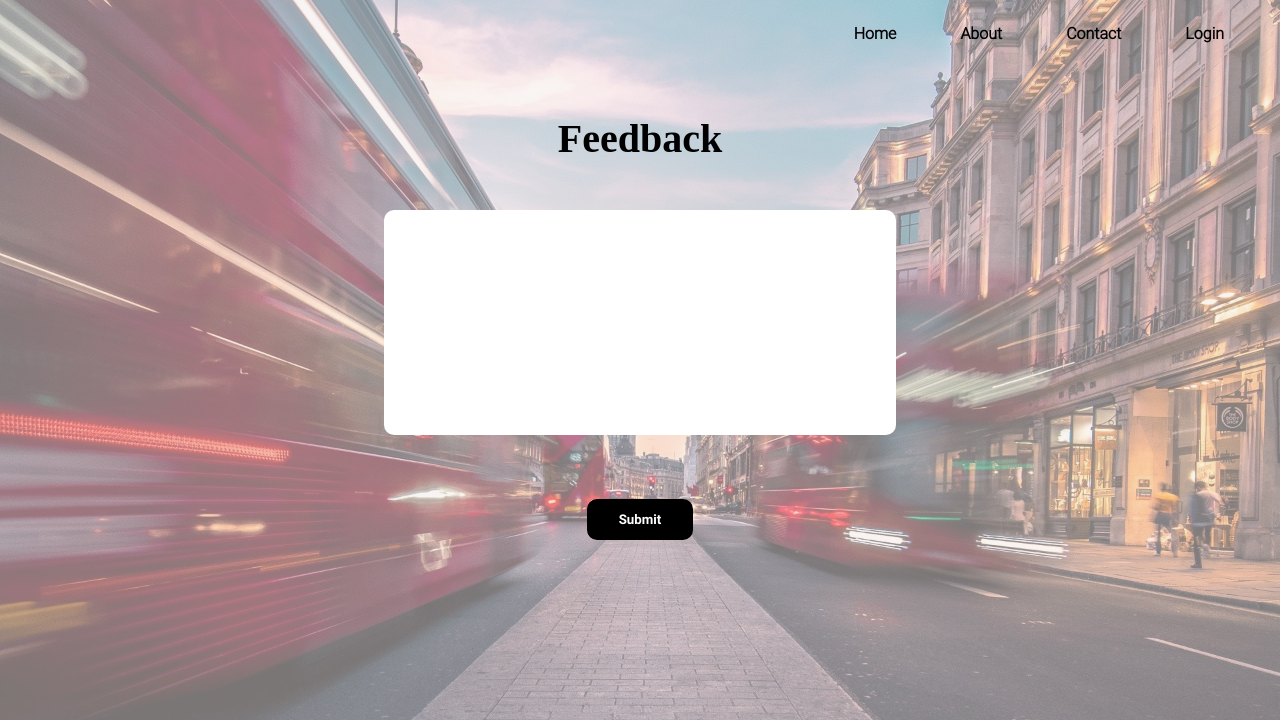
Repository: Savindushehan/RouteMaster-Group-project
Page: http://localhost/RouterMaster/Feedback.jsp
The author's editor kept a copy of each file at every save. The page is drawn from the files as they stood at one save, then again after the next save.
The browser window is 1280 px wide. The pictures show the whole page.
The page is served by Tomcat 10. Other server files are loaded and not shown.

Above is the page before, as saved 2023-10-10 05:38:28.

### RouteMaster/RouterMaster/src/main/webapp/Feedback.jsp
<%@ page language="java" contentType="text/html; charset=UTF-8"
    pageEncoding="UTF-8"%>
<!DOCTYPE html>
<html lang="en">
<head>
    <meta charset="UTF-8">
    <meta name="viewport" content="width=device-width, initial-scale=1.0">
    <title>RouteMaster</title>
    <style>
         @font-face {
        font-family: 'Roboto-Light'; /* Font family name */
        src: url('Fonts/Roboto-Light.ttf') format('truetype'); /* URL to your font file */
        font-weight: normal;
        font-style: italic;
        }
        @font-face {
        font-family: 'Raleway-Light'; /* Font family name */
        src: url('Fonts/Raleway-Light.ttf') format('truetype'); /* URL to your font file */
        font-weight: normal;
        font-style: italic;
        }
        @font-face {
        font-family: 'Roboto-Bold'; /* Font family name */
        src: url('Fonts/Roboto-Bold.ttf') format('truetype'); /* URL to your font file */
        font-weight: normal;
        font-style: italic;
        }
        :root{
            --div-color1:#000000;
            --div-color2:#272702;
            --div-color3:#07FAFA;
            --div-color4:#FFFFFF;
        }
        a{
            text-decoration: none;
        }
        body{
            margin: 0;
            padding: 0;
			background-image: url('Images/background.jpg');
            background-size: cover;
            background-repeat: no-repeat;
            background-position: center;
            height: 100vh;

        }
        body::before {
          content: "";
          position: absolute;
          top: 0;
          left: 0;
          width: 100%;
          height: 100%;
          background-color: rgba(245, 236, 236, 0.5);
          z-index: -1;
        }
         .head{
             display: flex;
             flex-direction: row;
             justify-content: right;
         }
         header h3{
            color: var(--div-color1);
            font-size:1rem;
            margin-right: 3rem;
            cursor: grab;
            padding: 0.5rem;
            border-radius: 0.5rem;
            outline: none;
            font-family: 'Roboto-Light';
        }
        h1{
          font-size: 2.5rem;
          text-align: center;
          margin-top: 3rem;
          margin-bottom: 3rem;
        }

        form{
          display: flex;
          flex-direction: column;
          justify-content: center;
          align-items: center;
          width: 30rem;
          margin-left: auto;
          margin-right: auto;
        }
        input{
          font-size: 0.9rem;
          font-family: 'Raleway-Light';
          width: 15rem;
          outline: none;
          padding-left: 1rem;
          padding-top:1rem;
          padding-right: 1rem;
          width: 30rem;
          height: 13rem;
          border-radius: 10px;
          border: 2px solid red;
          border: none;
          margin-bottom: 4rem;
        }

        button{
          text-align: center;
          padding-left: 2rem;
          padding-right: 2rem;
          padding-top: 0.8rem;
          padding-bottom: 0.8rem;
          border-radius: 10px;
          font-family: 'Roboto-Bold';
          background-color: var(--div-color1);
          color: var(--div-color4);
          border: none;
          outline: none;
          cursor: pointer;
        }
        </style>
</head>
<body>
    <header>
        <div class="head">
            <h3 id="m1">Home</h3>
            <h3 id="m2">About</h3>
            <h3 id="m3">Contact</h3>
            <h3 id="m4">Login</h3>
        </div>
    </header>
    <main>
        <h1>Feedback</h1>
        <form>
            <input type="text" name="feedback" id="feedback">
            <button id="btn">Submit</button>
        </form>
    </main>
    <script>

        var M1=document.getElementById("m1");
        var M2=document.getElementById("m2");
        var M3=document.getElementById("m3");
        var M4=document.getElementById("m4");
        var BTN=document.getElementById("btn");

        M1.onmousemove=function(){
          M1.style.backgroundColor="var(--div-color3)";
          M1.style.color="var(--div-color4)";
        }
        M1.onmouseout=function(){
          M1.style.backgroundColor="";
          M1.style.color="var(--div-color1)";
        }
        M2.onmousemove=function(){
          M2.style.backgroundColor="var(--div-color3)";
          M2.style.color="var(--div-color4)";
        }
        M2.onmouseout=function(){
          M2.style.backgroundColor="";
          M2.style.color="var(--div-color1)";
        }
        M3.onmousemove=function(){
          M3.style.backgroundColor="var(--div-color3)";
          M3.style.color="var(--div-color4)";
        }
        M3.onmouseout=function(){
          M3.style.backgroundColor="";
          M3.style.color="var(--div-color1)";
        }
        M4.onmousemove=function(){
          M4.style.backgroundColor="var(--div-color3)";
          M4.style.color="var(--div-color4)";
        }
        M4.onmouseout=function(){
          M4.style.backgroundColor="";
          M4.style.color="var(--div-color1)";
        }
        /* Above javascript code must include all tha page.don't change the code.*/
        BTN.onmousemove=function(){
          BTN.style.color="var(--div-color1)";
          BTN.style.backgroundColor="var(--div-color4)";
        }
        BTN.onmouseout=function(){
          BTN.style.color="var(--div-color4)";
          BTN.style.backgroundColor="var(--div-color1)";
        }
       </script>
</body>
</html>

After the next save:
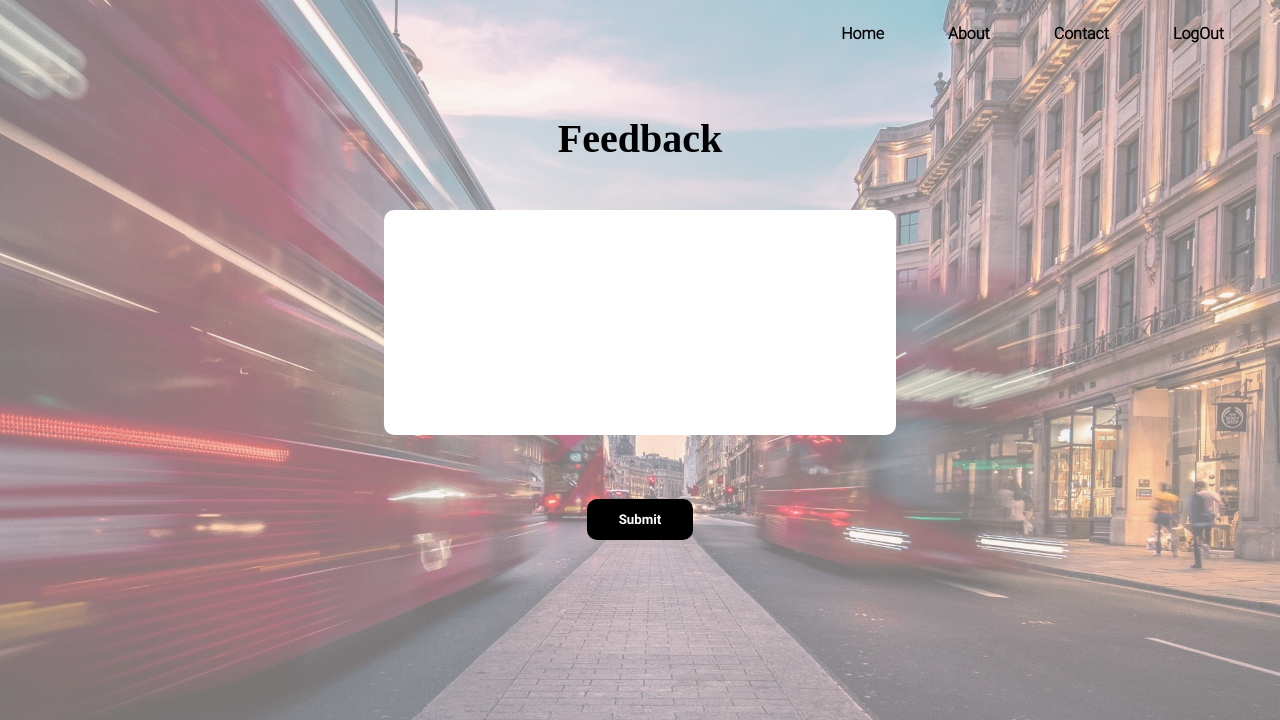
Saved 49 s later.
--- a/RouteMaster/RouterMaster/src/main/webapp/Feedback.jsp
+++ b/RouteMaster/RouterMaster/src/main/webapp/Feedback.jsp
@@ -118,12 +118,12 @@
         </style>
 </head>
 <body>
-    <header>
+     <header>
         <div class="head">
-            <h3 id="m1">Home</h3>
-            <h3 id="m2">About</h3>
-            <h3 id="m3">Contact</h3>
-            <h3 id="m4">Login</h3>
+          <a href="Home.jsp"><h3 id="m1">Home</h3></a>
+           <a href="AboutUs.jsp"><h3 id="m2">About</h3></a>
+            <a href="ContactUS.jsp"><h3 id="m3">Contact</h3></a>
+           <a href="login.jsp"><h3 id="m4">LogOut</h3></a>
         </div>
     </header>
     <main>
